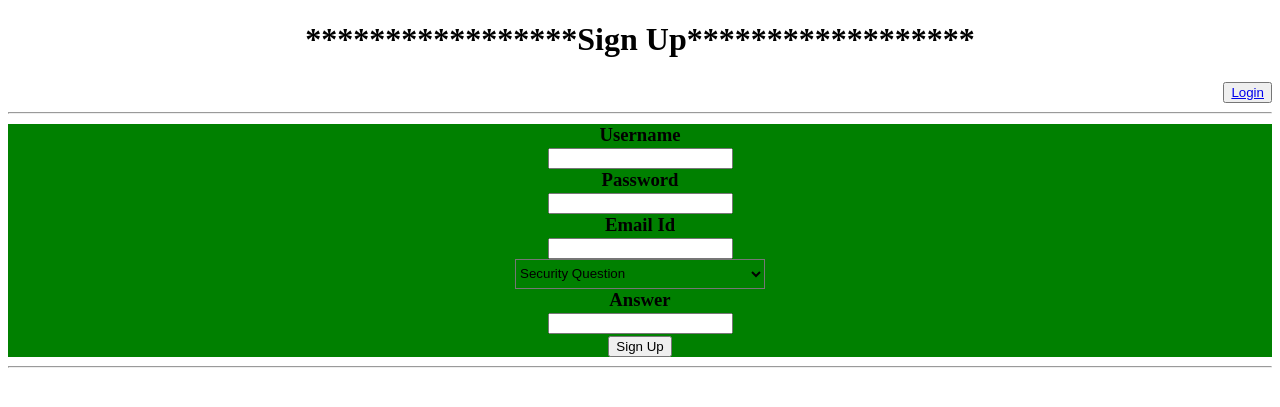
Repository: ShikhaRawat6/mail_simulation
Page: http://localhost/Mail_Simulation/WEB-INF/view/registration.jsp
The author's editor kept a copy of each file at every save. The page is drawn from the files as they stood at one save, then again after the next save.
The browser window is 1280 px wide. The pictures show the whole page.
The page is served by Tomcat 9. Nobody is signed in. Other server files are loaded and not shown. The template is opened directly, without the code that normally fills it, so the values that code supplies are empty.

Above is the page before, as saved 2020-01-30 14:20:39.

### Mail_Simulation/WebContent/WEB-INF/view/registration.jsp
<%@ page language="java" contentType="text/html; charset=ISO-8859-1"
    pageEncoding="ISO-8859-1"%>
    <%@ taglib uri="http://java.sun.com/jsp/jstl/core" prefix="c"%>
<!DOCTYPE html>
<html>
<head>
<meta charset="ISO-8859-1">
<title>Insert title here</title>
</head>
<body>
<h1 align="center">*****************Sign Up******************</h1>
<h1 align="center" ><label  style="background-color: red";>${msg }</label></h1>
<h3 align="right"><button><a href="login">Login</a></button>
<hr>
	<form action="regmail" align="center" method="post">

			<div style="background-color: green";>	<label for="username" >

				Username</label> <br> <input type="text"name="username" id="username" required="required">

			</div>

			<div style="background-color: green";><label for="password">

					Password</label> <br><input type="password" name="password" id="password" required="required">
			</div>


			<div style="background-color: green";><label for="name">

				Email Id</label> <br> <input type="email" name="email" id="email" required="required">
			</div>

			<!-- <div style="background-color: green";><label for="scrqn">

				 </label> <br> <input type="text" name="scrqn" id="scrqn" required="required">
			</div> -->
			<div style="background-color: green";>
			<select name='scrqn' id='scrqn' required="required" style="width: 250px; height: 30px; background-color: green";>
			<option value='' selected disabled style="background-color: green";>Security Question</option>
			<option value="1">What's your pet name?</option>
			<option value="2">Who's your favourite actor?</option>
			<option value="2">Who's your favourite food?</option>
			</select>
			</div>

			<div style="background-color: green";><label for="scrans">

				Answer</label> <br> <input type="text" name="scrans" id="scrans" required="required">
			</div>

			<div style="background-color: green">
				<button  type="submit">Sign Up</button>
			</div>
		</form>
<hr>

</body>
</html>

After the next save:
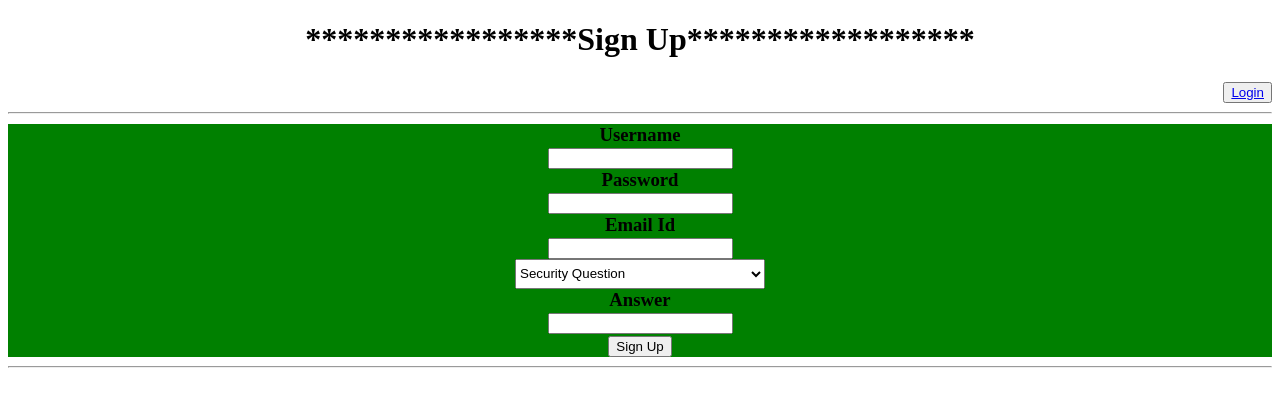
Saved 20 s later.
--- a/Mail_Simulation/WebContent/WEB-INF/view/registration.jsp
+++ b/Mail_Simulation/WebContent/WEB-INF/view/registration.jsp
@@ -36,7 +36,7 @@
 				 </label> <br> <input type="text" name="scrqn" id="scrqn" required="required">
 			</div> -->
 			<div style="background-color: green";>
-			<select name='scrqn' id='scrqn' required="required" style="width: 250px; height: 30px; background-color: green";>
+			<select name='scrqn' id='scrqn' required="required" style="width: 250px; height: 30px">
 			<option value='' selected disabled style="background-color: green";>Security Question</option>
 			<option value="1">What's your pet name?</option>
 			<option value="2">Who's your favourite actor?</option>
